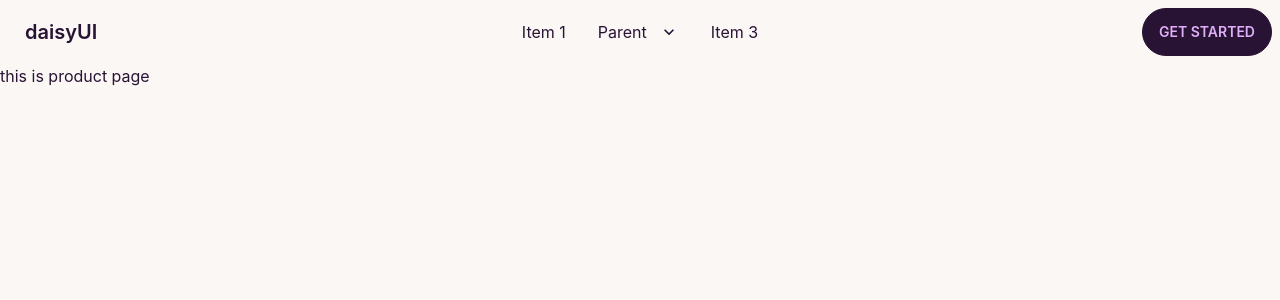
Repository: Tanvir3744/admin-portal
Page: /
These files come from the project's save history. The page is drawn as it stood at one moment and after the next save; the edit follows.
The browser window is 1280 px wide. The pictures show the whole page.
The project was rebuilt for these pictures with package versions that can differ from the ones it lists, and the page was loaded fresh each time.

Above is the page before, as saved 2022-07-21 21:16:54.

After the next save:
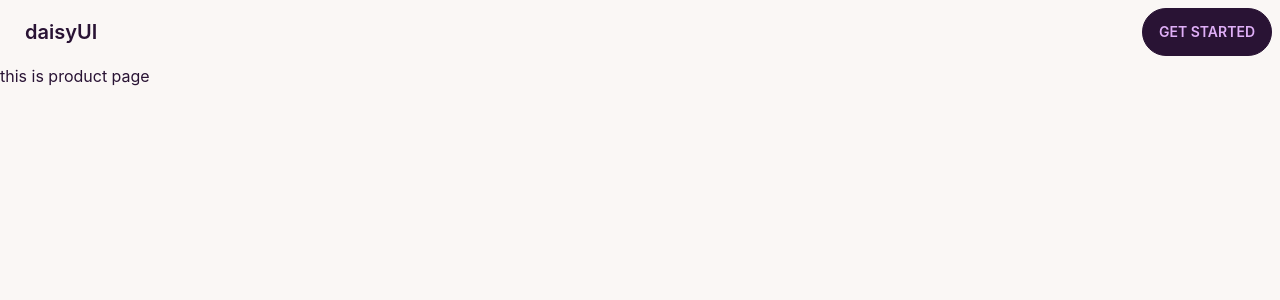
Saved 45 s later.
--- a/src/components/Header/Header.js
+++ b/src/components/Header/Header.js
@@ -14,36 +14,14 @@ const Header = () => {
                             <svg xmlns="http://www.w3.org/2000/svg" class="h-5 w-5" fill="none" viewBox="0 0 24 24" stroke="currentColor"><path stroke-linecap="round" stroke-linejoin="round" stroke-width="2" d="M4 6h16M4 12h8m-8 6h16" /></svg>
                         </label>
                         <ul tabindex="0" class="menu menu-compact dropdown-content mt-3 p-2 shadow bg-base-100 rounded-box w-52">
-                            <li><a>Item 1</a></li>
-                            <li tabindex="0">
-                                <a class="justify-between">
-                                    Parent
-                                    <svg class="fill-current" xmlns="http://www.w3.org/2000/svg" width="24" height="24" viewBox="0 0 24 24"><path d="M8.59,16.58L13.17,12L8.59,7.41L10,6L16,12L10,18L8.59,16.58Z" /></svg>
-                                </a>
-                                <ul class="p-2">
-                                    <li><a>Submenu 1</a></li>
-                                    <li><a>Submenu 2</a></li>
-                                </ul>
-                            </li>
-                            <li><a>Item 3</a></li>
+                            {menuItem}
                         </ul>
                     </div>
                     <a class="btn btn-ghost normal-case text-xl">daisyUI</a>
                 </div>
                 <div class="navbar-center hidden lg:flex">
                     <ul class="menu menu-horizontal p-0">
-                        <li><a>Item 1</a></li>
-                        <li tabindex="0">
-                            <a>
-                                Parent
-                                <svg class="fill-current" xmlns="http://www.w3.org/2000/svg" width="20" height="20" viewBox="0 0 24 24"><path d="M7.41,8.58L12,13.17L16.59,8.58L18,10L12,16L6,10L7.41,8.58Z" /></svg>
-                            </a>
-                            <ul class="p-2">
-                                <li><a>Submenu 1</a></li>
-                                <li><a>Submenu 2</a></li>
-                            </ul>
-                        </li>
-                        <li><a>Item 3</a></li>
+                       {menuItem}
                     </ul>
                 </div>
                 <div class="navbar-end">
